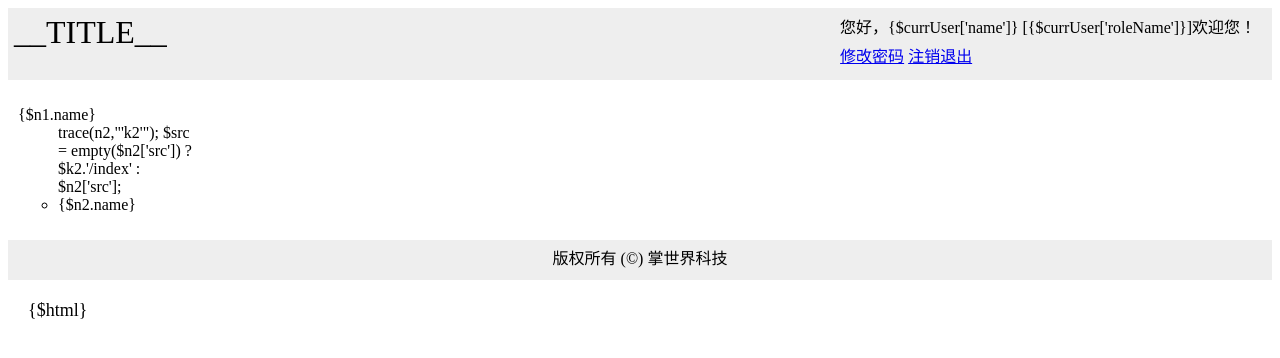
Repository: pridewu/hipi
Page: Education_dev_platform/branches/v1/Application/System/View/v1/Index/index.html
The author's editor kept a copy of each file at every save. The page is drawn from the files as they stood at one save, then again after the next save.
The browser window is 1280 px wide. The pictures show the whole page.

Above is the page before, as saved 2014-12-03 03:12:36.
Console error: ReferenceError: $ is not defined

### Education_dev_platform/branches/v1/Application/System/View/v1/Index/index.html
<layout name="layout" />
<noscript>您的浏览器暂不支持脚本功能，请开启脚本支持</noscript>
<!-- 头部 -->
<div data-options="region:'north',border:false" style="height:60px;background:#eee;padding:6px">
	<div style="float:left; font-size:32px;">__TITLE__</div>
	<div style="float:right;  margin-right:10px;">
		<div style="text-align:right;margin-bottom:5px;">您好，{$currUser['name']} [{$currUser['roleName']}]欢迎您！</div>
		<!-- <a href="javascript:;" class="easyui-menubutton" data-options="menu:'#menu_skin'">更换皮肤</a> -->
		<a href="javascript:;" class="easyui-linkbutton" data-options="plain:true,iconCls:'icon-edit'" onclick="editPwd()">修改密码</a>
		<a href="{:U('Public/logout')}" class="easyui-linkbutton" data-options="plain:true,iconCls:'icon-back'">注销退出</a>
	</div>
</div>
<!-- 导航菜单 -->
<div data-options="region:'west',split:true,title:'导航菜单'" style="width:200px;">
	<div class="easyui-accordion" data-options="fit:true,border:false" style="overflow-y:scroll">
	<ul id="nav" class="easyui-tree" style="padding:10px;">
	<foreach name="nav" item="n1"> <!-- 分类导航 -->
		<li><span>{$n1.name}</span>
			<ul>
			<foreach name="n1.item" item="n2" key="k2"><!-- 子菜单 -->
				<php>
						trace(n2,"'k2'");
						$src = empty($n2['src']) ? $k2.'/index' : $n2['src'];
				</php>
				<li id="{:U($src)}">{$n2.name}</li>
			</foreach>
			</ul>
		</li>
	</foreach>
	</ul>
	</div>
</div>
<!-- 版权信息 -->
<div data-options="region:'south',border:false" style="height:30px;background:#eee;padding:5px; text-align:center;">版权所有 (&copy) 掌世界科技</div>
<!-- 主区域 -->
<div data-options="region:'center'">
	<div id="mt" class="easyui-tabs" data-options="fit:true,border:false">
   		<div title="首页" style="padding:20px;font-size:18px">{$html}</div>
	</div>
</div>

<script>
$(function(){
	//处理导航菜单
	$("#nav").tree({
		lines: true,
		onClick: function(node){
			if($("#nav").tree('getChildren',node.target)!=''){
				if(node.state=='open'){
					$("#nav").tree('collapse',node.target);
				}else{
					$("#nav").tree('expand',node.target);
				}
				return;
			}
			if(node.text=="更新缓存"){
				editDialog('更新缓存','#edit_form',null,"{:U('Cache/update')}",300,150);
				return;
			}
			if($("#mt").tabs('exists',node.text)){
				$("#mt").tabs('select',node.text);
			}else{
				$('#mt').tabs('add',{
				    title: node.text,
				    content:'<iframe src="'+ node.id +'" frameborder="no" width="100%" height="100%" />',
				    closable:true,
				    style: 'padding:20px;',
				});
			}
		}
	});

	$("#proId").combobox({
		onSelect:function(param){
            if(param.value == '') {
                param.value = '{$proId}';
            }
			location.href= "__URL__?proId=" + param.value;
		}
   	});
});
function editPwd(){
	editDialog('修改密码','#pwd_form',null,"__URL__/editpwd",300,220);
}






</script>

After the next save:
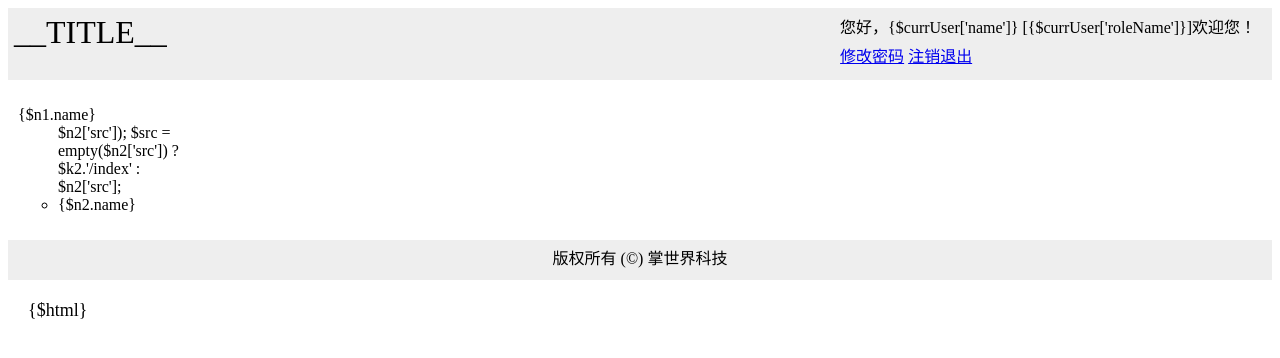
Saved 30 s later.
--- a/Education_dev_platform/branches/v1/Application/System/View/v1/Index/index.html
+++ b/Education_dev_platform/branches/v1/Application/System/View/v1/Index/index.html
@@ -19,7 +19,7 @@
 			<ul>
 			<foreach name="n1.item" item="n2" key="k2"><!-- 子菜单 -->
 				<php>
-						trace(n2,"'k2'");
+						$n2['src']);
 						$src = empty($n2['src']) ? $k2.'/index' : $n2['src'];
 				</php>
 				<li id="{:U($src)}">{$n2.name}</li>
